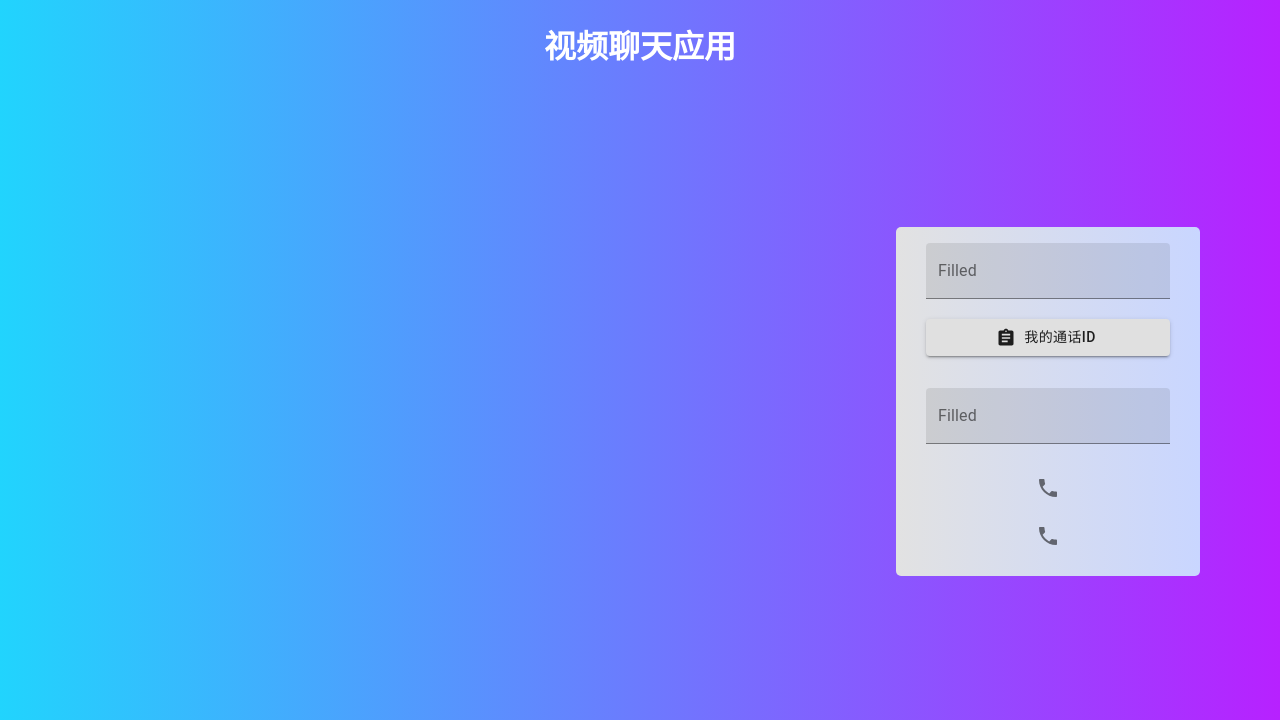
Repository: CodeFreedom-A/webRtc
Page: /
An editor plug-in stored every save of this project. The page is shown before and after the next save, followed by the edit.
The browser window is 1280 px wide. The pictures show the whole page.
The page's requests for data from a server got no answer. The project was rebuilt for these pictures with package versions that can differ from the ones it lists, and the page was loaded fresh each time. No one was signed in, and anything a server would have sent is missing.

Above is the page before, as saved 2022-12-21 17:22:14.

### src/App.js
/*
 * @Author: sunheng
 * @Date: 2022-12-21 15:50:22
 * @LastEditors: sunheng
 * @LastEditTime: 2022-12-21 17:21:28
 * @Description: 请填写简介
 */

import Button from "@material-ui/core/Button";
import IconButton from "@material-ui/core/IconButton";
import TextField from "@material-ui/core/TextField";
import AssignmentIcon from "@material-ui/icons/Assignment";
import PhoneIcon from "@material-ui/icons/Phone";
import React, { useEffect, useRef, useState } from "react";
import { CopyToClipboard } from "react-copy-to-clipboard";
import Peer from "simple-peer";
import io from "socket.io-client";
import "./App.css";
// 客户端socket链接
const socket = io.connect("http//localhost:5000");
function App() {
  const [stream, setStream] = useState(null);
  const [name, setName] = useState(null);
  const [idToCall, setIdToCall] = useState(null);
  const Myvideo = useRef();
  const [me, setMe] = useState("");
  const callUser = () => {};
  //
  useEffect(() => {
    navigator.mediaDevices
      .getUserMedia({ video: true, audio: true })
      .then((res) => {
        console.log(res);
        setStream(res);
        Myvideo.current.srcObject = res;
      })
      .catch((err) => {
        console.log("没有摄像头", err);
      });
  }, []);
  return (
    <>
      <h1 style={{ textAlign: "center", color: "#fff" }}>视频聊天应用</h1>
      <div className="container">
        {/* 视频容器 */}
        <div className="video-container">
          <div className="video">
            <video
              playsInline
              muted
              autoPlay
              style={{ width: "500px" }}
              ref={Myvideo}
            ></video>
          </div>
        </div>

        <div className="myId">
          <TextField
            id="filled-basic"
            label="Filled"
            variant="filled"
            value={name}
            style={{ marginBottom: "20px" }}
            onChange={(e) => setName(e.target.value)}
          />
          <CopyToClipboard text={me} style={{ marginBottom: "2rem" }}>
            <Button
              variant="contained"
              startIcon={<AssignmentIcon fontSize="large" />}
            >
              我的通话ID
            </Button>
          </CopyToClipboard>
          <TextField
            id="filled-basic"
            label="Filled"
            variant="filled"
            value={idToCall}
            style={{ marginBottom: "20px" }}
            onChange={(e) => setIdToCall(e.target.value)}
          />
          <IconButton onClick={() => callUser(idToCall)}>
            <PhoneIcon></PhoneIcon>
          </IconButton>
          <IconButton onClick={() => callUser(idToCall)}>
            <PhoneIcon></PhoneIcon>
          </IconButton>
        </div>
      </div>
    </>
  );
}

export default App;

### src/App.css
.container {
  display: grid;
  grid-template-columns: 7fr 3fr;
  margin-top: 10rem;
}


.video-container {
  display: grid;
  grid-template-columns: 1fr 1fr;
  justify-content: center;
  align-content: center;

  margin-left: 10rem;
}


/* 右侧面板 */

.myId {
  margin-right: 5rem;
  border-radius: 5px;
  background: #c9d6ff;
  background: linear-gradient(to right,
      #e2e2e2,
      #c9d6ff);

  padding: 1rem;
  display: grid;
  justify-content: center;
  align-content: center;
}

.call-button {
  text-align: center;
  margin-top: 2rem;
}



.caller {
  text-align: center;
  color: #fff;
}

body {
  background-image: linear-gradient(to right, #21D4FD 0%, #B721FF 100%);

}

Loaded but not shown: public/index.html (common file); src/index.js (common file); src/index.css (common file); src/reportWebVitals.js (common file)

After the next save:
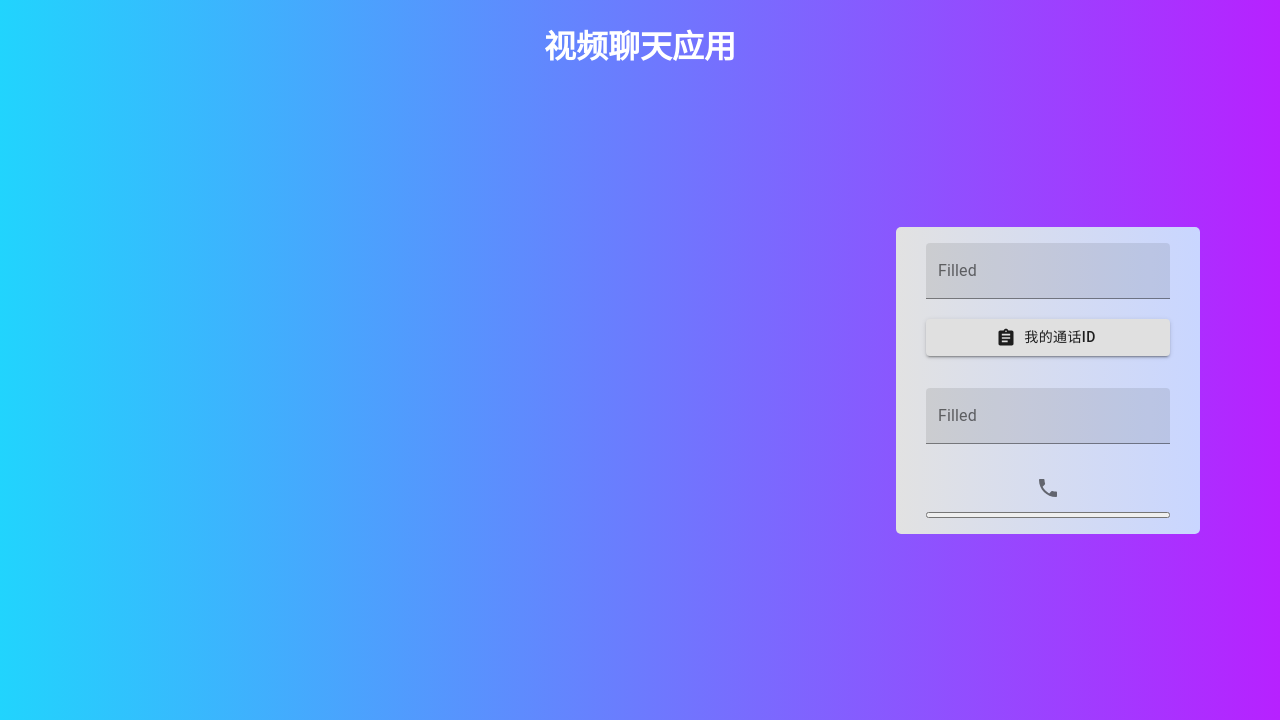
Saved 17 s later.
--- a/src/App.js
+++ b/src/App.js
@@ -2,7 +2,7 @@
  * @Author: sunheng
  * @Date: 2022-12-21 15:50:22
  * @LastEditors: sunheng
- * @LastEditTime: 2022-12-21 17:21:28
+ * @LastEditTime: 2022-12-21 17:22:31
  * @Description: 请填写简介
  */
 
@@ -83,9 +83,7 @@ function App() {
           <IconButton onClick={() => callUser(idToCall)}>
             <PhoneIcon></PhoneIcon>
           </IconButton>
-          <IconButton onClick={() => callUser(idToCall)}>
-            <PhoneIcon></PhoneIcon>
-          </IconButton>
+          <button></button>
         </div>
       </div>
     </>
